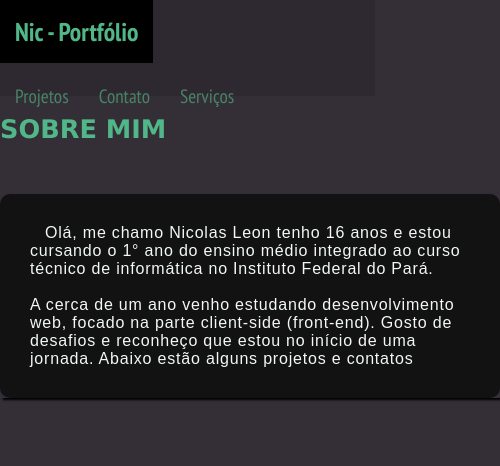
Repository: Leonngc/portfolio
Page: index.html
An editor plug-in stored every save of this project. The page is shown before and after the next save, followed by the edit.
The browser window is 375 px wide. The page is 500 px wide, then 375 px, so the pictures cover 500 px, including what lies to the right of the window. The pictures show the whole page.

Above is the page before, as saved 2022-12-02 11:15:55.

After the next save:
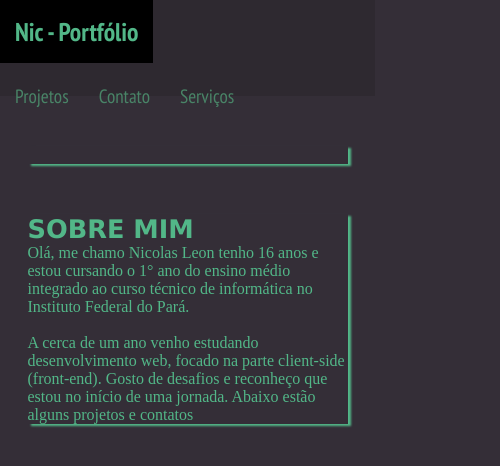
Saved 21 s later.
--- a/home.css
+++ b/home.css
@@ -61,21 +61,20 @@
     color: #498480;
 }
 
-div.text{
+section{
     margin: 0px auto;
     margin-top: 50px;
     width: 500px;
-    box-shadow: 3px 2px 2px black;
+    box-shadow: 3px 2px 2px;
 }
 
 section > h2{
     font-family: verdana, sans-serif;
     font-size: 1.6em;
     text-transform: uppercase;
-
 }
 
-div > p{
+section > p{
     border-radius: 10px;
     padding: 30px;
     background-color: #131213;
@@ -95,7 +94,7 @@
     li > a{
         font-size: 1.2em;
     }
-    div{
+    section{
         width: 320px;
     }
 }
